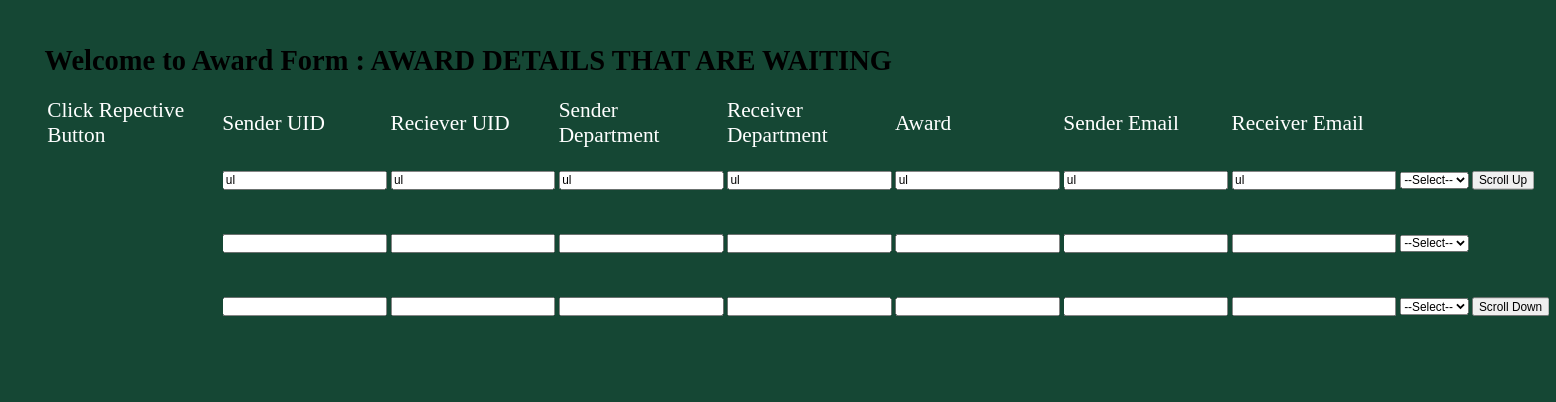
Repository: prajaktamore/Web-Based-Programming-3
Page: http://localhost/BinaryCalculator/Waiting.jsp
The author's editor kept a copy of each file at every save. The page is drawn from the files as they stood at one save, then again after the next save.
The browser window is 1280 px wide. The page is 1748 px wide, so the pictures cover 1748 px, including what lies to the right of the window. The pictures show the whole page, at 89% of full size.
The page is served by Tomcat 9.

Above is the page before, as saved 2014-05-04 18:32:52.

After the next save:
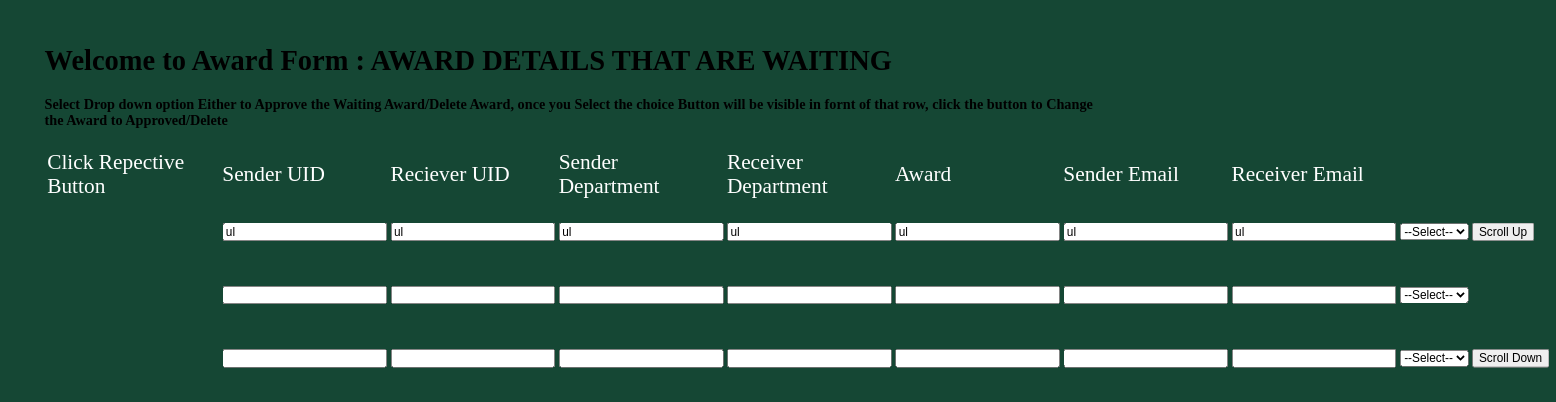
Saved 3 min 55 s later.
--- a/BinaryCalculator/WebContent/Waiting.jsp
+++ b/BinaryCalculator/WebContent/Waiting.jsp
@@ -416,6 +416,7 @@ function scrollUp()
 </head>
 <body  onload="successCallback()">
 		<h1>Welcome to Award Form : AWARD DETAILS THAT ARE WAITING</h1>
+		<h4>Select Drop down option Either to Approve the Waiting Award/Delete Award, once you Select the choice Button will be visible in fornt of that row, click the button to Change the Award to Approved/Delete</h4>
 			<form name="myForm"  method="POST" action="Waiting">
 				<table width="page">
 					<tr>
